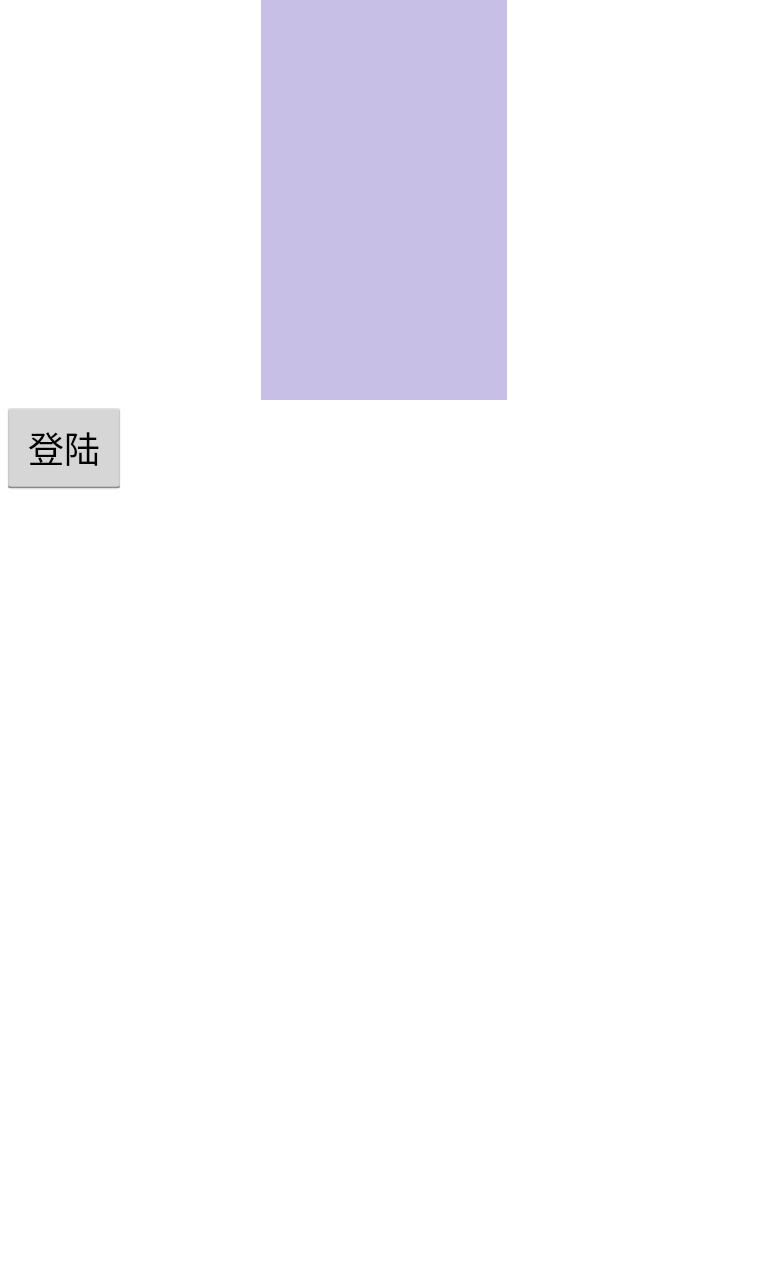
Repository: IvyZh/hm66
Layout: 黑马基础项目/res/layout/activity_paint.xml
An editor plug-in stored every save of this project. The layout is shown before and after the next save, followed by the edit.
It is drawn on a 768 x 1280 px phone screen (xhdpi) without system bars, with theme AppTheme; the app's code is not run.

Above is the layout before, as saved 2016-05-26 13:31:17.

After the next save:
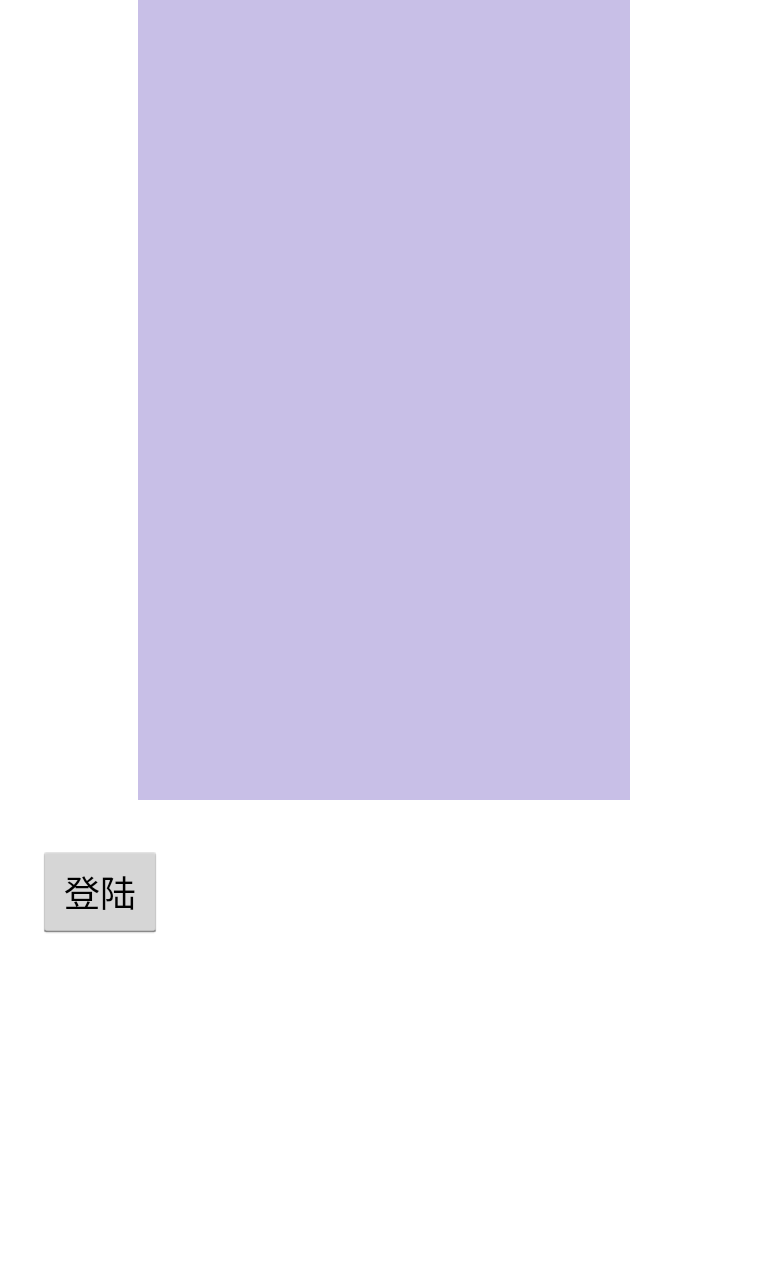
Saved 32 s later.
--- a/黑马基础项目/res/layout/activity_paint.xml
+++ b/黑马基础项目/res/layout/activity_paint.xml
@@ -1,4 +1,4 @@
-<LinearLayout xmlns:android="http://schemas.android.com/apk/res/android"
+<RelativeLayout xmlns:android="http://schemas.android.com/apk/res/android"
     xmlns:tools="http://schemas.android.com/tools"
     android:layout_width="match_parent"
     android:layout_height="match_parent"
@@ -7,14 +7,18 @@
     <ImageView
         android:id="@+id/iv"
         android:layout_width="match_parent"
-        android:layout_height="200dp"
+        android:layout_height="400dp"
         android:src="@drawable/bg" />
 
     <Button
         android:id="@+id/bt"
         android:layout_width="wrap_content"
         android:layout_height="wrap_content"
+        android:layout_alignParentLeft="true"
+        android:layout_below="@+id/iv"
+        android:layout_marginLeft="18dp"
+        android:layout_marginTop="22dp"
         android:onClick="click"
         android:text="登陆" />
 
-</LinearLayout>
+</RelativeLayout>
